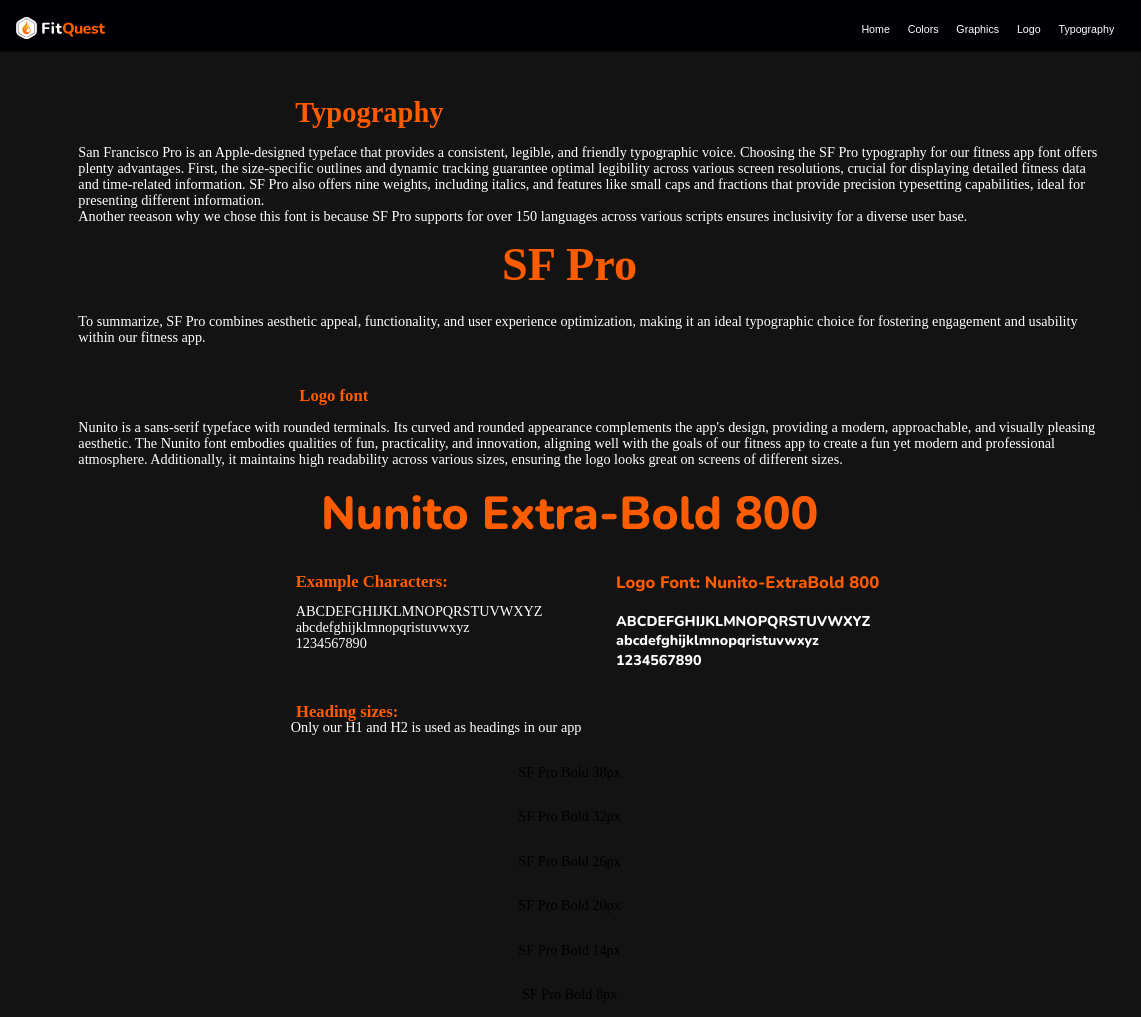
Repository: KyannaKrueger/a5styleguide
Page: /typography
The author's editor kept a copy of each file at every save. The page is drawn from the files as they stood at one save, then again after the next save.
The browser window is 1280 px wide. The page is 1282 px wide, so the pictures cover 1282 px, including what lies to the right of the window. The pictures show the whole page, at 89% of full size.
The project was rebuilt for these pictures with package versions that can differ from the ones it lists, and the page was loaded fresh each time. The framework's server and built-in components were replaced by stand-ins that run in the browser. Also part of the build but not shown: next.config.mjs.

Above is the page before, as saved 2024-04-07 17:10:35.

After the next save:
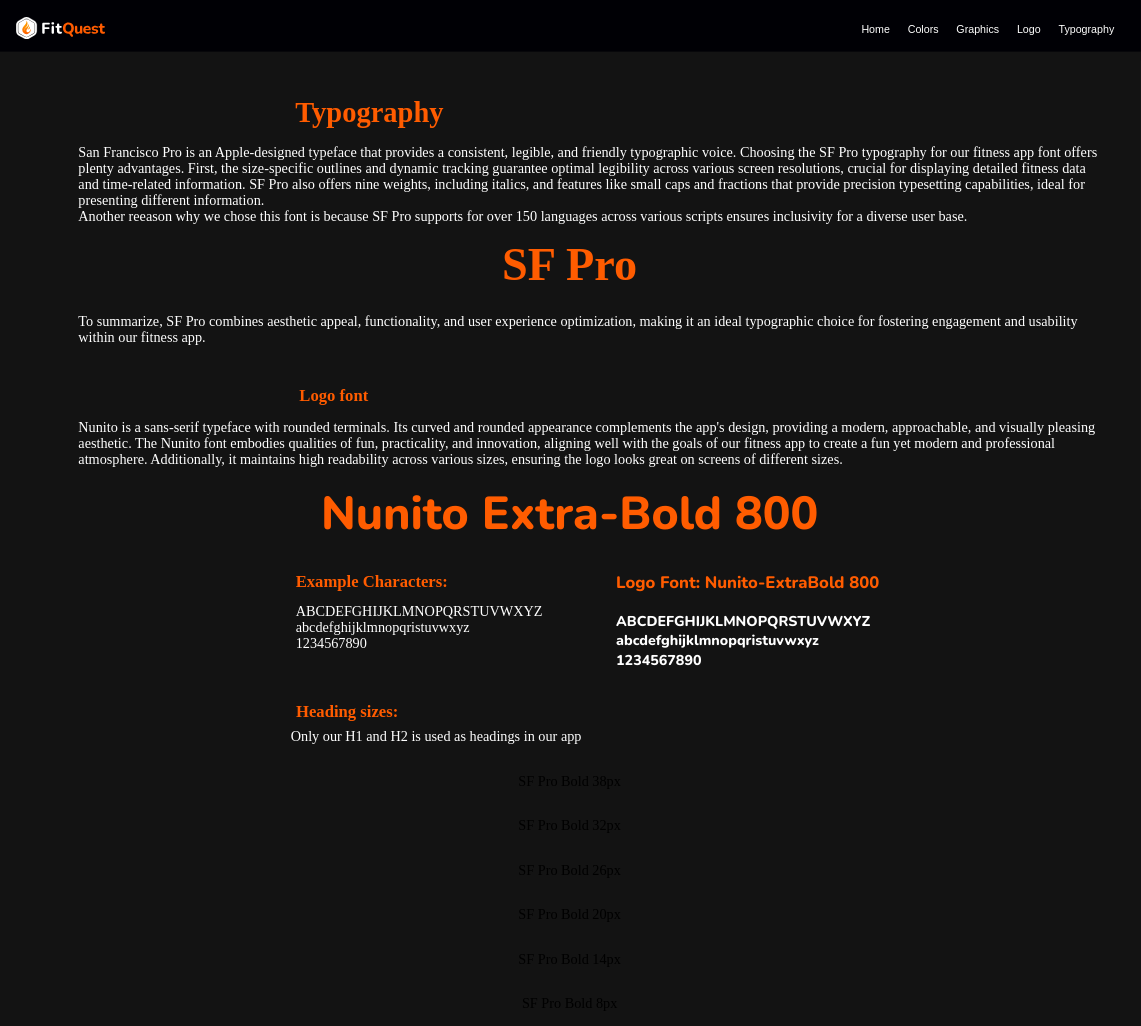
Saved 4 s later.
--- a/styles/typography.module.css
+++ b/styles/typography.module.css
@@ -121,5 +121,5 @@
 .headingDescript {
     color: #fff;
     margin-left: -300px;
-    margin-top: -20px;
+    margin-top: -10px;
 }
